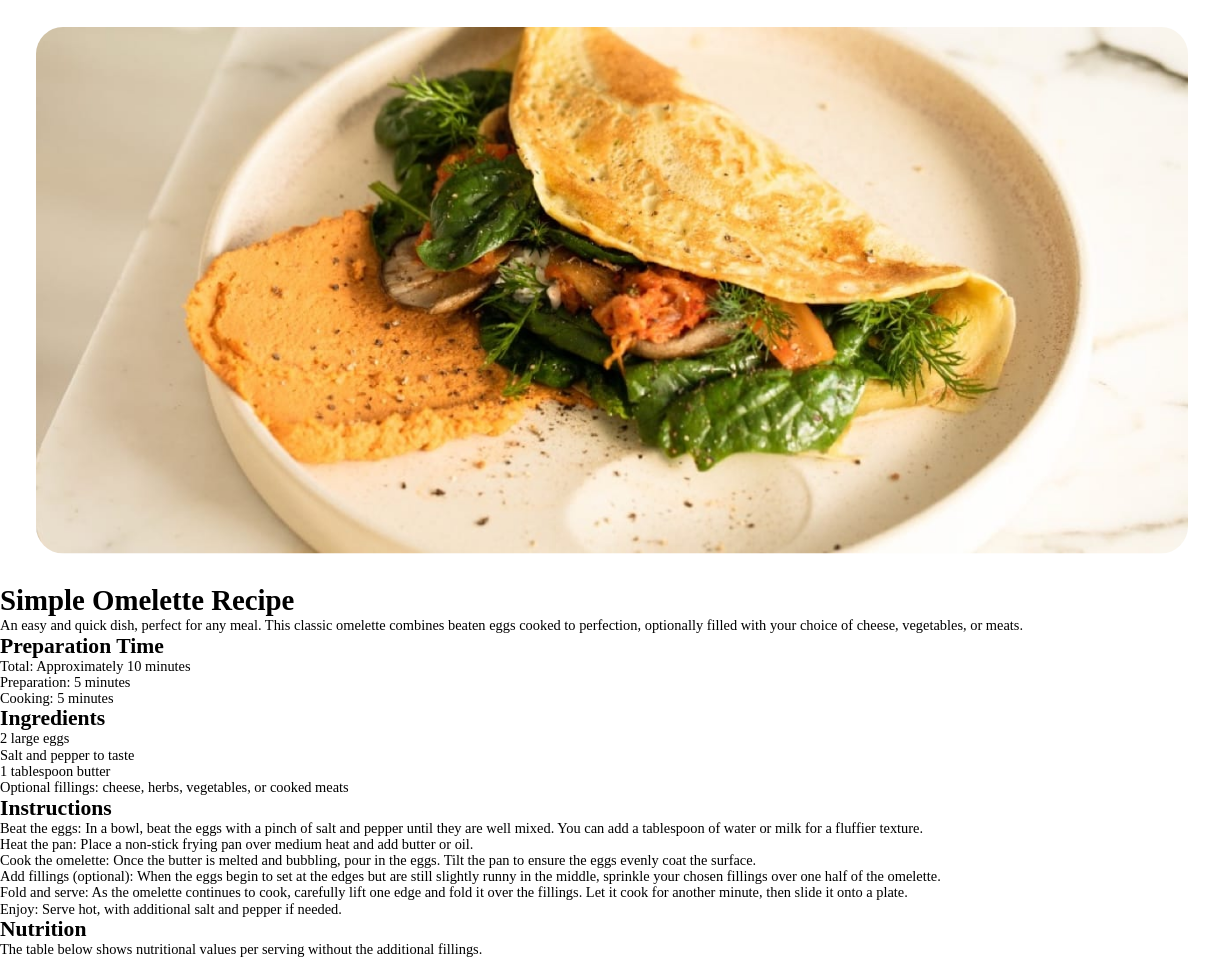
Repository: akbasliogulcan/omletterecipe
Page: index.html
An editor plug-in stored every save of this project. The page is shown before and after the next save, followed by the edit.
The browser window is 1280 px wide. The page is 1360 px wide, so the pictures cover 1360 px, including what lies to the right of the window. The pictures show the whole page, at 90% of full size.

Above is the page before, as saved 2025-07-20 17:36:25.

After the next save:
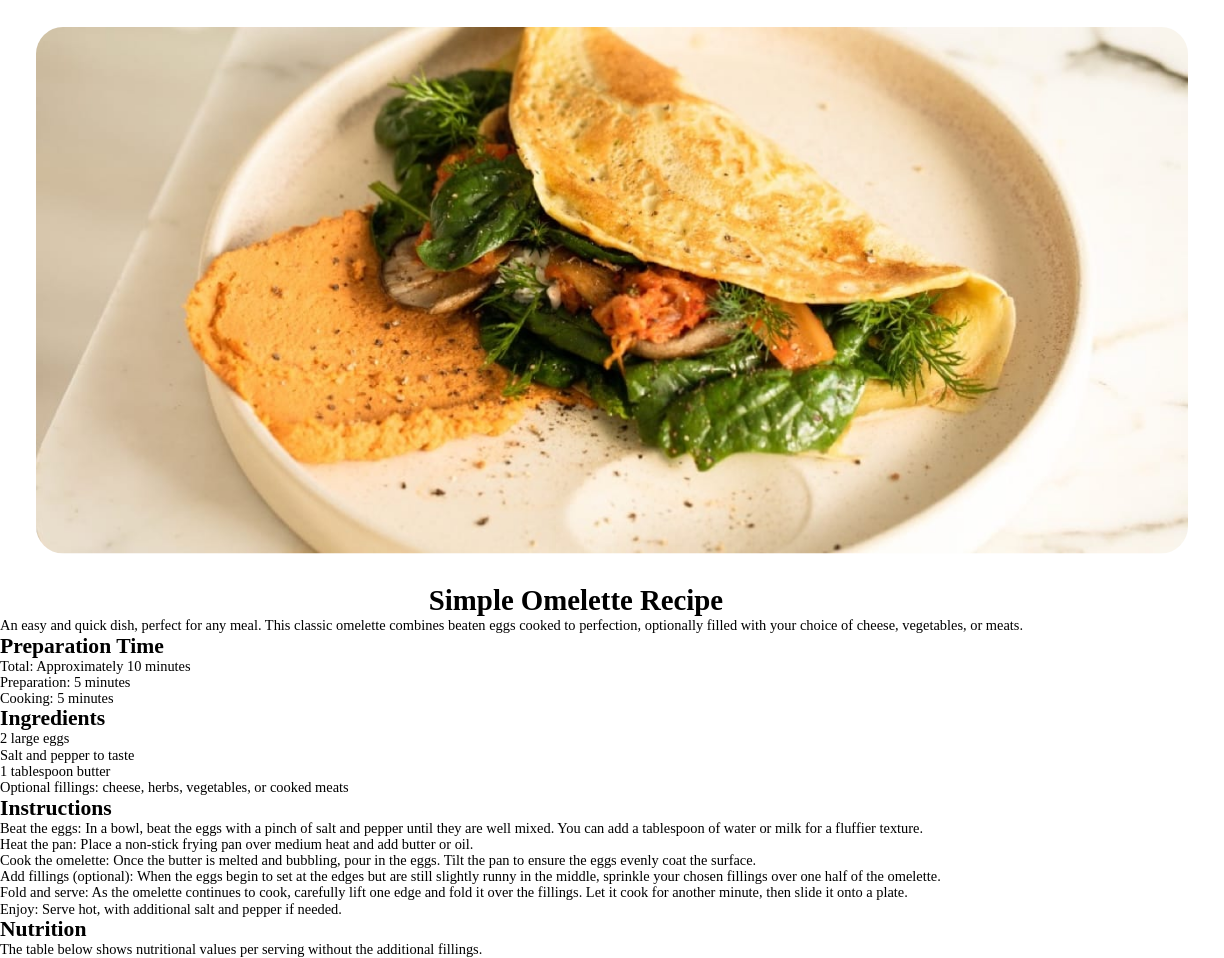
Saved 33 s later.
--- a/style.css
+++ b/style.css
@@ -10,6 +10,9 @@
   border-radius: 30px;
   margin: 30px 40px;
 }
+.omelette h1 {
+  text-align: center;
+}
 
 .simple {
   background-color: hsl(30, 54%, 90%);
